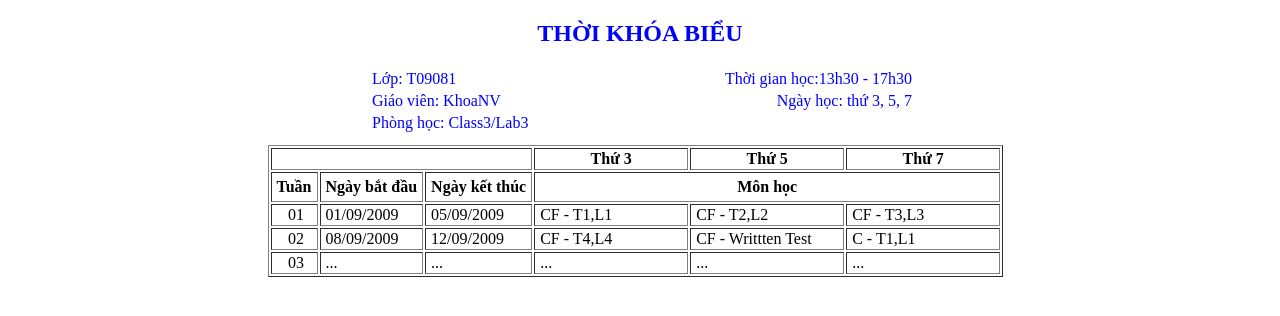
Repository: Lehuyhuynh/BT1-HTML
Page: index.html
An editor plug-in stored every save of this project. The page is shown before and after a run of saves, followed by the edit.
The browser window is 1280 px wide. The pictures show the whole page.

Above is the page before, as saved 2023-08-06 22:24:17.

### index.html
<!DOCTYPE html>
<html lang="en">
<head>
  <meta charset="UTF-8">
  <meta name="viewport" content="width=device-width, initial-scale=1.0">
  <title>THỜI KHÓA BIỂU</title>

  <style>

    h2{
      text-align: center;
      color: blue;
    }
    #table1{
      width: 550px;
    margin-left: auto;
    margin-right: auto;
    margin-bottom: 10px;
    }
    #table2{
      width: 745px;
    display: block;
    margin-left: auto;
    margin-right: auto;
    }

    #rank{
      width: 150px;
      background-color: ;
    }
    #week{
      padding: 5px 5px;
    }
    #extended-time{
      padding: 5px 5px;
    }

    td{
      padding-left: 5px;
    }

  </style>

</head>
<body>

  <div >


      <h2> THỜI KHÓA BIỂU</h2>

    <div>
      <table id="table1">
          <tr>
              <td align="left" style="color: blue;">Lớp: T09081</td>
              <td align="right" style="color: blue;">Thời gian học:13h30 - 17h30</td>
          </tr>
          <tr>
              <td align="left" style="color: blue;">Giáo viên: KhoaNV</td>
              <td align="right" style="color: blue;">Ngày học: thứ 3, 5, 7 </td>
          </tr>
          <tr>
              <td align="left" style="color: blue;">Phòng học: Class3/Lab3</td>
          </tr>
      </table>
  </div>

    <div id="table2">
      <table border="1">
        <thead>

          <tr>
            <th colspan="3"></th>
            <th id="rank" >Thứ 3</th>
            <th id="rank">Thứ 5</th>
            <th id="rank">Thứ 7</th>
          </tr>

          <tr>
            <th id="week">Tuần</th>
            <th id="extended-time">Ngày bắt đầu</th>
            <th id="extended-time">Ngày kết thúc</th>
            <th colspan="3">Môn học</th>
          </tr>

        </thead>

        <tr>
          <td id="number" style="text-align: center;">01</td>
          <td>01/09/2009</td>
          <td>05/09/2009</td>
          <td>CF - T1,L1</td>
          <td>CF - T2,L2</td>
          <td>CF - T3,L3</td>
        </tr>

        <tr>
          <td id="number" style="text-align: center;">02</td>
          <td>08/09/2009</td>
          <td>12/09/2009</td>
          <td>CF - T4,L4</td>
          <td>CF - Writtten Test</td>
          <td>C - T1,L1</td>
        </tr>

        <tr>
          <td id="number" style="text-align: center;">03</td>
          <td>...</td>
          <td>...</td>
          <td>...</td>
          <td>...</td>
          <td>...</td>
        </tr>

      </table>
    </div>


  </div>

</body>
</html>

After the next 2 saves:
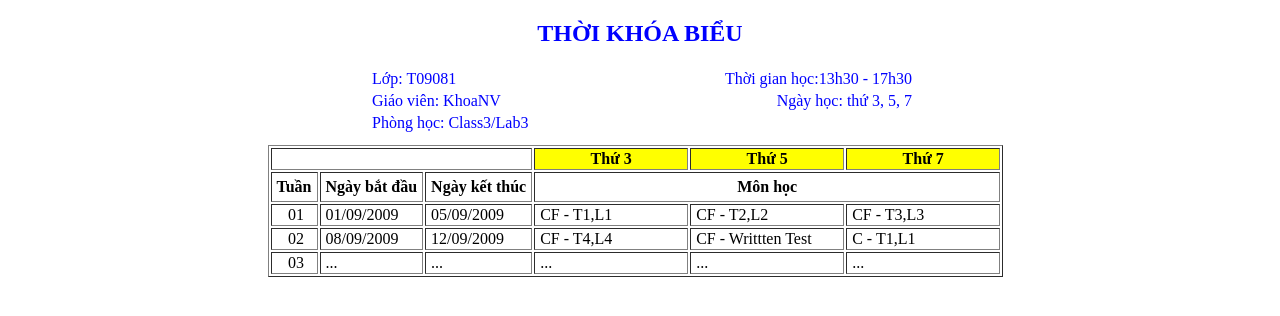
The 2 saves are shown as one change because they came seconds apart.
The last was saved 9 s later.
--- a/index.html
+++ b/index.html
@@ -26,7 +26,7 @@
 
     #rank{
       width: 150px;
-      background-color: ;
+      background-color: yellow;
     }
     #week{
       padding: 5px 5px;
